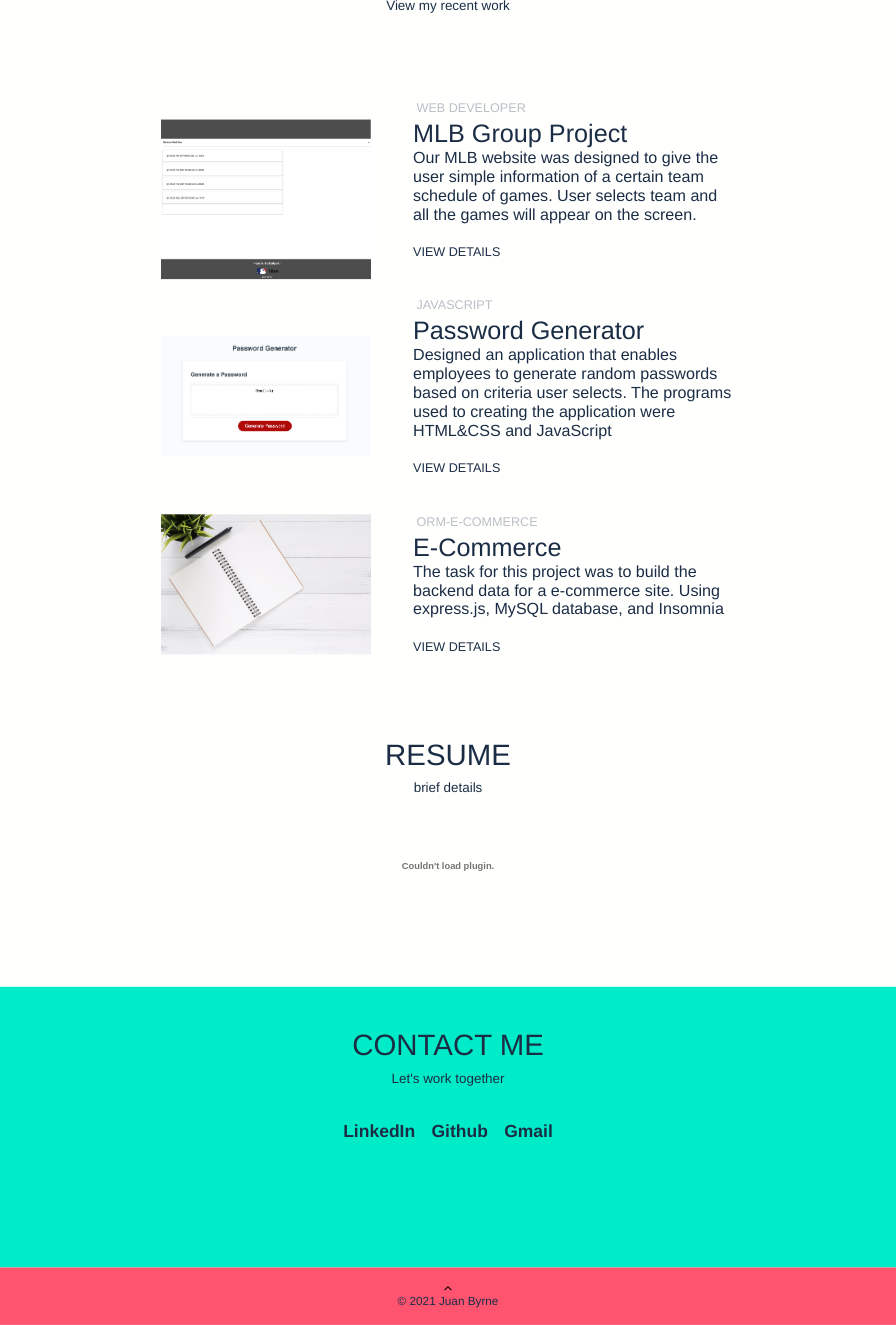
Repository: jb150524/JB-Portfolio
Page: index.html
These files come from the project's save history. The page is drawn as it stood at one moment and after the next save; the edit follows.
The browser window is 1280 px wide. The pictures show the part of the page from y = 2394 to 4314 px (the page is 4287 px tall before and 4314 px after), at 70% of full size.
Some web libraries are served in a nearby version.

Above is the page before, as saved 2021-09-25 20:11:14.

### index.html
<!DOCTYPE html>
<!-- saved from url=(0053)file:///Users/jja/FullStack_HW/juanwebsite/index.html -->

    <html lang="en"><head><meta http-equiv="Content-Type" content="text/html; charset=UTF-8">

    <meta http-equiv="X-UA-Compatible" content="IE=edge">
    <meta name="viewport" content="width=device-width, initial-scale=1.0">

    <!-- CSS style sheet -->
    <link rel="stylesheet" href="style.css">

    <!-- adding icons  -->
    <script src="https://kit.fontawesome.com/11dfd97c40.js" crossorigin="anonymous"></script>

    <title>Juan's Portfolio</title>
    </head>

    <body>
      <header>
      <nav class="top-nav">
        <ul class="nav-list">
        <li>
        <a href="file:///Users/jja/FullStack_HW/juanwebsite/index.html">Home</a>
        <a href="file:///Users/jja/FullStack_HW/juanwebsite/index.html#about">About</a>
        <a href="file:///Users/jja/FullStack_HW/juanwebsite/index.html#portfolio">Portfolio</a>
        <a href="file:///Users/jja/FullStack_HW/juanwebsite/index.html#resume">Resume</a>
        <a href="file:///Users/jja/FullStack_HW/juanwebsite/index.html#contact">Contact</a>
        </li>
        </ul>
      </nav>

    <div class="main">
      <div class="landing-text">
        <h1>JuanByrne</h1>
        <h6>Graphic Designer and Full Stack Web Developer</h6>
      </div>
    </div>
    </header>

    <section class="about" id="about">
      <div class="container">
          <a class="about-details">
        <div class="about-heading">
          <h1>About</h1>
          <h6>Myself</h6>
        </div>
          <p>
          I'm a Graphic Designer trying to become a full stack developer. I am from Guadalajara, Mexico. I was born in Mexico, but at a young age I moved to the USA. One of my favorite hobbies is playing competative soccer. Playing soccer has taught me perseverance, how to be a team player, and most importantly how to lose. I currently live in Wayne, Pennsylvania, but have previously lived in Guadalajara, Mexico and Orange County, California. I want to become a web developer because I want to learn a skill that motivates me and pushes me to try new things. I am excited about web developing and want a career that gives me a spark, like I get when I play soccer, with competitiveness, passion, and the belief that I can succeed.
          </p>
          </a>
      </div>
    </section>

      <a class="about-details">
        <section class="experience" id="experience">
            <div class="container">
              <div class="section-heading">
                <h1>Experience</h1>
                <h6>What I can do for you</h6>
              </div>
          <div class="my-skills">
          <div class="skills" alt ="">
            <div class="icon-container">
              <i class="fas fa-layer-group"></i>
            </div>
            <h1>Graphic Designer</h1>
            <p>
            I'm a Graphic Designer with two years of experience working in the advertising industry. Possesses a high degree of competence using programs such as Adobe Photoshop, InDesign, Illustrator, and HTML & CSS.
            </p>
          </div>

        <div class="skills">
          <div class="icon-container">
            <i class="fas fa-laptop-code"></i>
          </div>
              <h1>Web Development</h1>
              <p>
              I'm a full stack developer. I have a great understanding in Javascript, bootstrap, jQuery and Node.
              </p>
            </div>
          </div>
        </div>
      </section>
    </a>

      <section class="portfolio" id="portfolio"><a class="about-details"></a>
        <div class="container"><a class="about-details">
          <div class="section-heading">
            <h1>Portfolio</h1>
            <h6>View my recent work</h6>
            </a>
            </div>
          </div>
          <div class="portfolio-item"><a class="about-details">
            <div class="portfolio-img has-margin-right">
              <img src="images/MLB Site.png" alt="">
            </a>
            </div>
              <div class="portfolio-description"><a class="about-details">
              <h6>Web Developer</h6>
              <h1>MLB Group Project</h1>
              <p>
              Our MLB website was designed to give the user simple information of a certain team schedule of games. User selects team and all the games will appear on the screen.
              </p>
              </a>
            <a href="file:///Users/jja/FullStack_HW/juanwebsite/index.html#" class="cta"> View Details</a>
        </div>
      </div>
    <div>

     <div class="portfolio-item">
          <div class="portfolio-img has-margin-right">
            <img src="images/passGenerator.png" alt="">
            </div>
            <div class="portfolio-description">
            <h6>Javascript</h6>
            <h1>Password Generator</h1>
            <p>
            Designed an application that enables employees to generate random passwords based on criteria user selects. The programs used to creating the application were HTML&CSS and JavaScript
            </p>
            <a href="file:///Users/jja/FullStack_HW/juanwebsite/index.html#" class="cta"> View Details</a>
            </div>
        </div>

      <div>
          <div class="portfolio-item">
            <div class="portfolio-img has-margin-right">
              <img src="images/notebook.jpg" alt="">
              </div>
              <div class="portfolio-description">
              <h6>ORM-E-Commerce</h6>
              <h1>E-Commerce</h1>
              <p>
              The task for this project was to build the backend data for a e-commerce site. Using express.js, MySQL database, and Insomnia
              </p>
              <a href="file:///Users/jja/FullStack_HW/juanwebsite/index.html#" class="cta"> View Details</a>
            </div>
          </div>
      </div>
    </section>

    <section class="resume" id="resume">
      <div class="container">
        <div class="section-heading">
          <h1>Resume</h1>
          <h6>brief details</h6>
          <embed src="JByrne Resume 2021 FINAL.pdf" type="application/pdf" width="55%" height="100px" />
          <!-- <input type="button" value="Download!"> -->
        </div>
      </div>

    <section class="contact" id="contact">
        <div class="container">
          <div class="section-heading">
          <h1>Contact Me</h1>
          <ul>
          <li>
          <h6>Let's work together</h6>
          <a href="https://www.linkedin.com/in/juan-byrne-43869ab7/">LinkedIn</a>
          <a href="https://github.com/jb150524">Github</a>
          <a href="file:///Users/jja/FullStack_HW/juanwebsite/juan1505@gmail.com">Gmail</a>
          </li>
          </ul>
        </div>
       </div>
    </section>

    <footer class="copyright">
      <div class="up" id="up">
       <i class="fas fa-chevron-up"></i>
      </div>
      <p>© 2021 Juan Byrne</p>
    </footer>
  </section>


</body>
</html

### style.css
/* Start global*/

* {
    margin: 0;
    padding: 0;
    box-sizing: border-box;
}

html {
    font-size: 12px;
    font-family: Helvetica, sans-serif;
    /* color: rgb(255, 255, 255); */
}

body {
    width: 100%;
    height: 100%;
    background-color: #fffffe;
    background-size: cover;
}

section {
    padding: 60px 0;
}

h6 {
    color: #1b2d45;
    margin: 5px;
}

a {
    text-decoration: none;
    color: #1b2d45;
}

p {
   font-size: 23px;
   font-weight: 300;
   color: #1b2d45;
}



img {
    max-width: 100%;
    height: auto;
}

.main {
    padding: 16px;
    margin-top: 30px;
    height: 1500px; /* Used in this example to enable scrolling */
  }

/* Start reusable*/

.container {
    width: 50%;
    max-width: 120rem;
    height: 100%;
    margin: 0 auto;
    position: relative;
}

.container-details p {
    font-size: 200px;
    padding: 35px;
}

.section-heading {
    text-align: center;
    margin-bottom: 10rem;
}

.section-heading h1 {
    font-family: major mono display, Helvetica, sans-serif;
    font-size: 3.5rem;
    color: #1b2d45;
    text-transform: uppercase;
    font-weight: 300;
    position: relative;
    margin-bottom: 1rem;
}

.section-heading h1::before,
.section-heading h1::after {
    content: "";
    position: absolute;
    bottom: -.5rem;
    left: 50%;
    transform: translateX(-59%);
    background: color #fff8e8;
}

.section-heading h1::before {
    width: 10rem;
    height: 3px;
    border-radius: .8rem;
}

.section-heading h1::after {
    height: 1.5rem;
    border-radius: .100%;
    bottom: 1rem;
}

.section-heading h6 {
    font-size: 1.6rem;
    font-weight: 300;
    margin-bottom: 50px;
}

.has-margin-right {
    margin-right: 5rem;
}
/* End reusable*/

/* Start header*/
header {
    width: 100%;
    height: 100vh;
}

.nav-list {
    z-index: 2;
    top: 0;
    background:#00ebc7;
    overflow: hidden;
    font-size: 35px;
    font-family: major mono display;
    margin: 0;
    padding: 20px;
    position: fixed;
    list-style: none;
    width: 100%;
    display: flex;
    justify-content: center;
    align-items: flex-start;
    text-decoration: none;
}

li {
    margin: 0;
    list-style: none;
}

.nav-link {
    font-family: Arial, Helvetica, sans-serif;
    font-size: 15px;
    padding: 5px;
}

.nav-link:hover,
.nav-ink:focus {
    background: linear-gradient(to top, #5725b3, #9e91e9 );
    -webkit-background-clip: text;
    -webkit-text-fill-color: transparent;

}

.landing-text{
    position: absolute;
    top: 50%;
    left: 50%;
    transform: translate(-50%, -50%);
    width: 100%;
    text-align: center;
    z-index: 1;
}

.landing-text h1 {
    font-size: 150px;
    font-family: major mono display, Helvetica, sans-serif, Helvetica, sans-serif;
    background: linear-gradient(to top, #110202, #000000 );
    -webkit-background-clip: text;
    -webkit-text-fill-color: transparent;
    padding: 1rem;
    user-select: none;

}

.landing-text h6 {
    font-size: 2rem;
    font-weight: 300;
}
/* End header*/

.about .container {
    display: flex;
    align-items: center;
    justify-content: center;
}

.about-heading {
    text-align: center;
    text-transform: uppercase;
    line-height: 10px;
    margin-bottom: 6rem;
}

.about-heading h1 {
    font-size: 10rem;
    opacity: .3;
    font-family: major mono display;
}

.about-heading h6 {
    font-size: 2rem;
    font-weight: 300;
}

/* .about-container p {
   font-size: 50px;
} */

.profile-img {
    max-width: 100%;
    display: inline-block;
}

/* Start services*/

.my-skills {
    display: grid;
    /* grid-template-columns: repeat(auto-fit, min max(25rem, 1fr)); */
    grid-gap: 2.5rem;
    text-align: center;
}

.skills p {
    padding: 15px 5px 5px 5px;
    text-align: left;
}

.skills h1 {
    text-transform: uppercase;
    letter-spacing: 2px;
    margin: 2rem -2px 2rem 0;
}

.icon-container {
    width: 10rem;
    height: 10rem;
    border: 2px solid #1b2d45;
    background-color: #00ebc7;
    margin-bottom: 2rem;
    display: inline-block;
}

.icon-container .fas {
    margin: 27px -35px 0px -36px;
}

.icon-container i {
    color:#1b2d45;
    font-size: 5rem;
    margin: auto;
}
/* End services*/

/* Start portfolio*/

.portfolio-item {
    display: flex;
    align-items: end;
    justify-content: center;
    flex-direction: row;
    flex-wrap: wrap;
    align-content: stretch;
    margin-bottom: 50px;

}
.portfolio-img {
    width: 300px;
    height: 200px;
    background-size: 100%;
}

.portfolio-item:last-child {
    margin: 0;
}

.portfolio-description {
    flex: .5;
    color: #1b2d45;

}

.portfolio-description h1 {
    font-size: 3rem;
    font-weight: 300;
    margin: 1px 0;
    display: contents;
}

.portfolio-description h6 {
    font-size: 1.5rem;
    text-transform: uppercase;
    font-weight: 300;
    opacity: 0.3;
}

.portfolio-description .cta {
    display: inline-block;
    margin-top: 2.5rem;
    font-size: 1.5rem;
    text-transform: uppercase;
    color: #1b2d45;
    transition: color 650ms;
}

.portfolio-description .cta:hover {
    color: #2f67cd;
}
/* End portfolio*/


/*Star contact*/

.contact {
    background-color:#00ebc7;
}

.contact a {
    font-weight: bold;
    margin: 10px;
    margin-top: 20px;
    padding: 15px 0;
    text-align: center;
    font-size: 25px;
}

/*End contact*/

/*Star footer*/

.copyright {
    width: 100%;
    text-align: center;
    background-color:#ff5470;
    padding: 2rem 0;
    position: absolute;
    display: block;
}

/* .up {
    position: absolute;
    width: 5rem;
    height: 5rem;
    background-color: burlywood;
    top: -2.5rem;
    right: 5rem;
    border-radius: 100%;
    display: flex;
    animation: pulse 2s infinite;
    cursor: pointer;
}

.up i {
    color: navy;
    font-size: 2rem;
    margin: auto;
} */

.copyright p {
    font-size: 1.4rem;
}
/*End footer*/

/*Start Button animation*/

@keyframes pulse {
    0%{
        box-shadow: 0 0 0 0 rgba(253, 87, 191, 0.99);
    }
    70%{
        box-shadow: 0 0 0 2rem rgba(253, 87, 191, 0);
    }
    100%{
        box-shadow: 0 0 0 0 rgba(253, 87, 191, 0);
    }
}
/*End Button animation*/

/*Start media queries*/

@media screen and (max-width: 768px) {
    body {
        background-color: #fffffe;
        background-size: cover;
    }

    .landing-text h1 {
        font-size: 70px;
    }

    .landing-text h6 {
        font-size: 1.7rem;
    }

    .nav-list {
        font-size: 15px;
    }

    li {
        margin: 2rem 0;
    }

    .nav-ink {
        font-size: 4.5rem;
    }

    .about-heading {
        font-size: 15px;
    }

    .section-heading h1 {
        font-size: 3rem;
    }

    .about-details .nav-list {
        flex-direction: initial;
    }

    .about-details li {
        font-size: 10px;
        margin: 0 2rem;
    }

@media screen and (max-width: 600px) {

    .landing-text h1 {
        font-size: 8rem;
    }

    .landing-text h6 {
        font-size: 1.4rem;
    }

    .nav-link {
        font-size: 3.5rem;
    }

    .profile-img {
        margin-top: 0 0 7rem 0;
    }

    .portfolio-item {
        flex-direction: column;
    }

    .portfolio-img {
        margin: 0 0 2rem 0;
        order: 1;
    }

    .portfolio-description {
        margin: 0;
        order: 2;
    }

    form {
        width: 100%;
    }

    .up {
        right: 2rem;
    }
}
/*End media queries*/

After the next save:
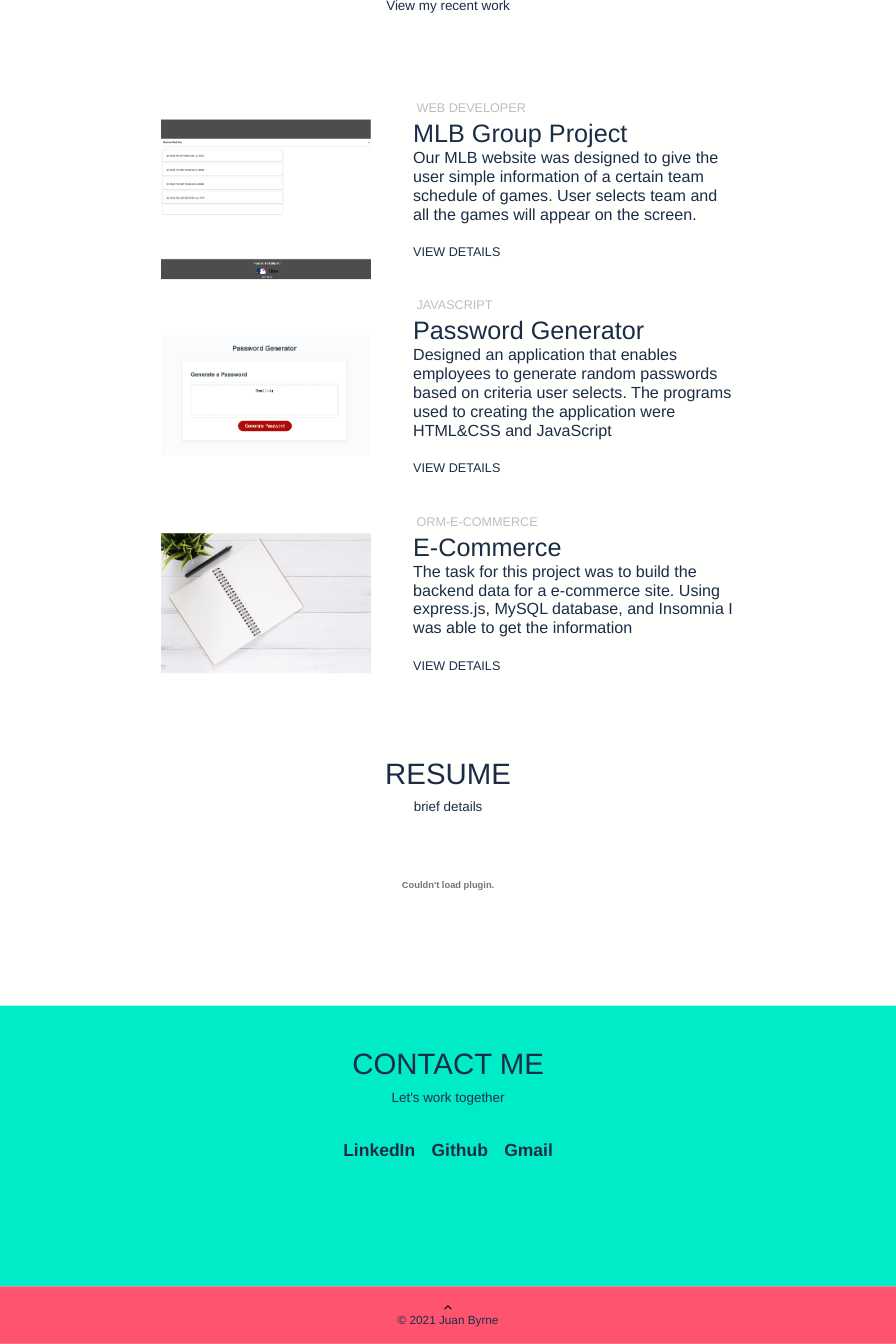
Saved 18 s later.
--- a/index.html
+++ b/index.html
@@ -131,7 +131,7 @@
               <h6>ORM-E-Commerce</h6>
               <h1>E-Commerce</h1>
               <p>
-              The task for this project was to build the backend data for a e-commerce site. Using express.js, MySQL database, and Insomnia
+              The task for this project was to build the backend data for a e-commerce site. Using express.js, MySQL database, and Insomnia I was able to get the information
               </p>
               <a href="file:///Users/jja/FullStack_HW/juanwebsite/index.html#" class="cta"> View Details</a>
             </div>
